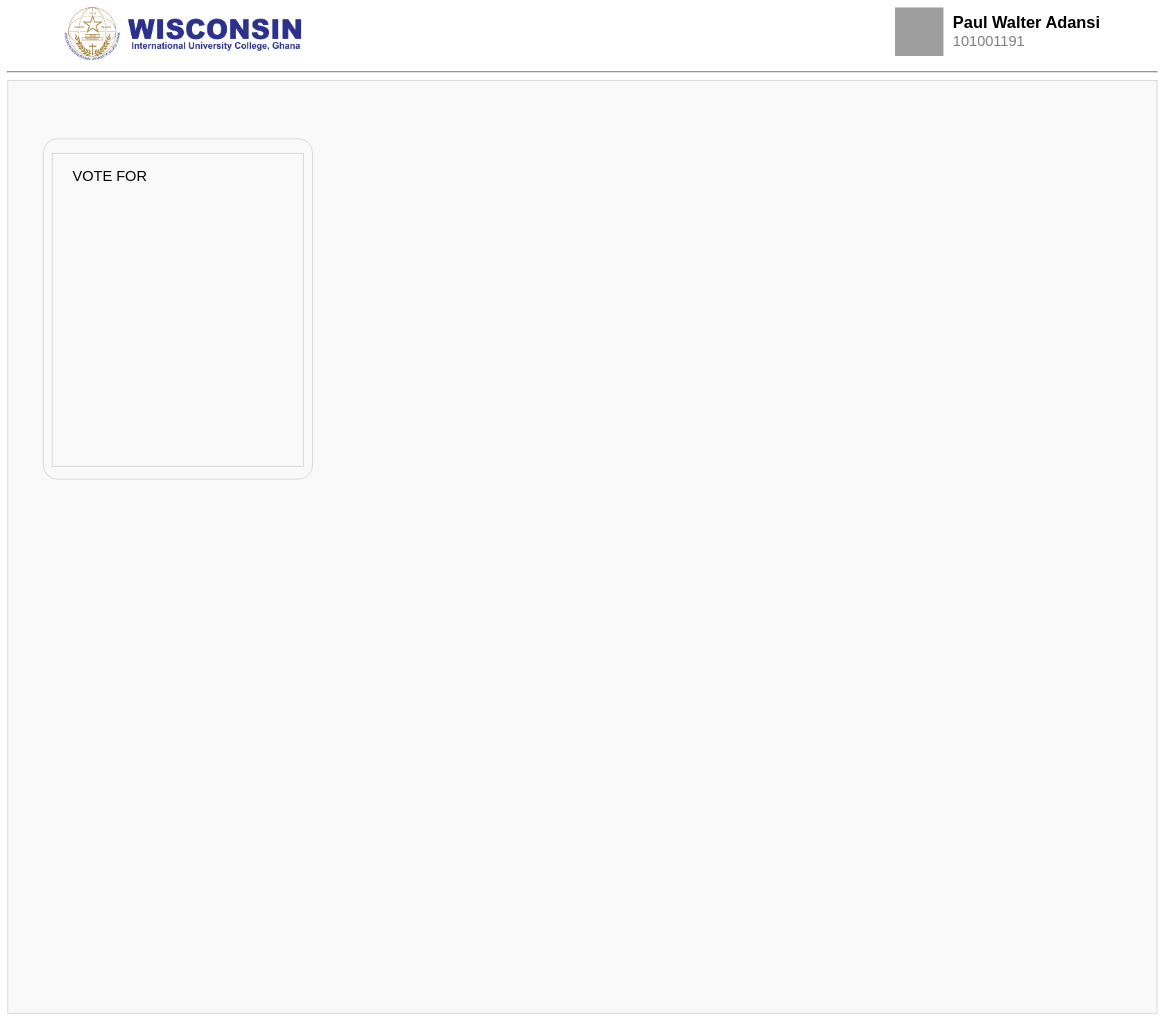
Repository: exe-walt/Voting-System-Project
Page: new.html
The author's editor kept a copy of each file at every save. The page is drawn from the files as they stood at one save, then again after the next save.
The browser window is 1280 px wide. The pictures show the whole page, at 91% of full size.
Pictures or frames that could not be fetched are drawn as grey boxes.

Above is the page before, as saved 2025-04-01 14:50:16.

After the next save:
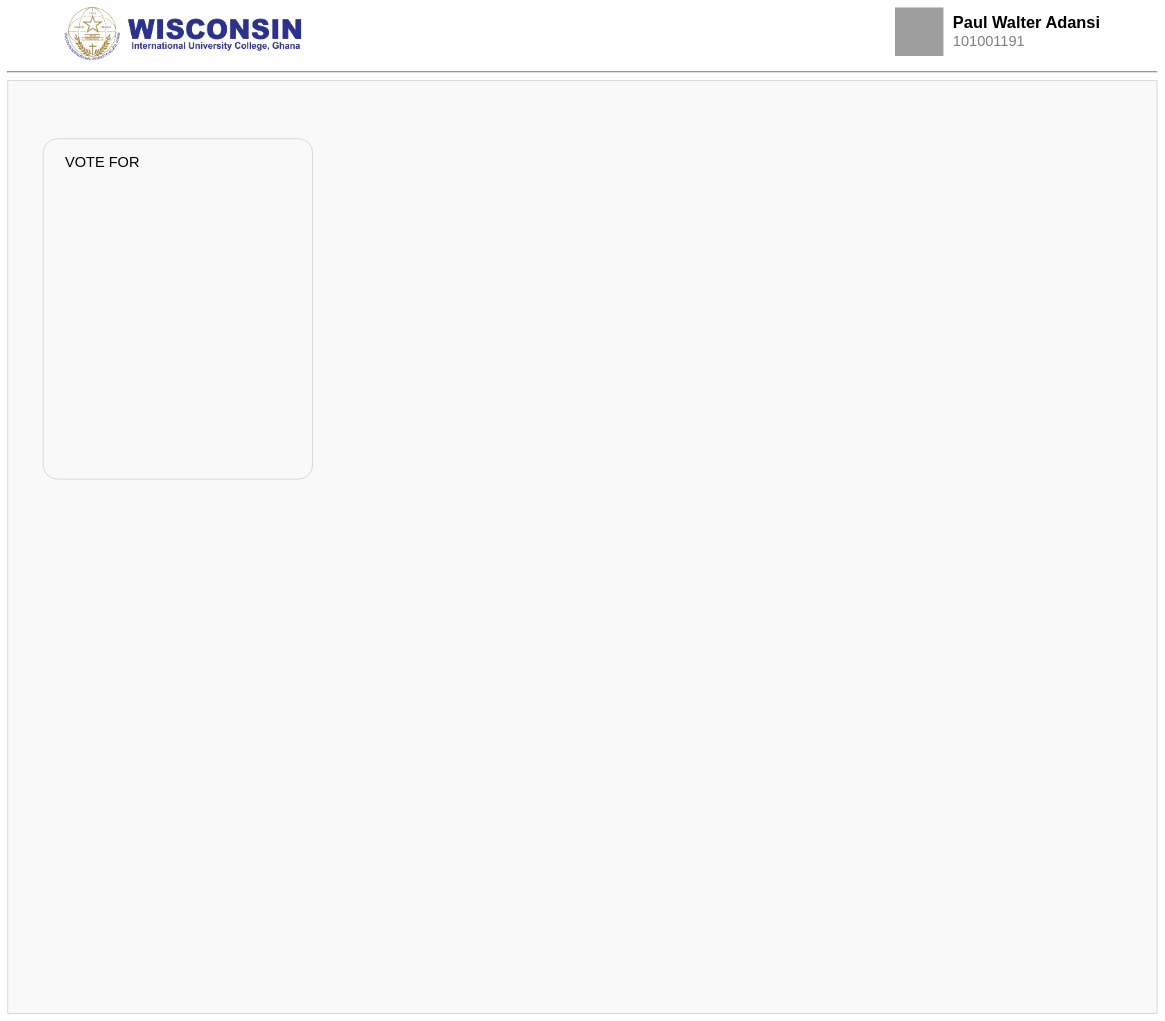
Saved 23 s later.
--- a/new.html
+++ b/new.html
@@ -28,12 +28,9 @@
     <div class="content">
       <div class="content-container">
         <div class="left-container">
-          <div class="card-inner">
-            <div class="vote-txt">
+          <div class="vote-txt">
             <p>VOTE FOR</p>
           </div>
-          </div>
-
         </div>
       </div>
     </div>
